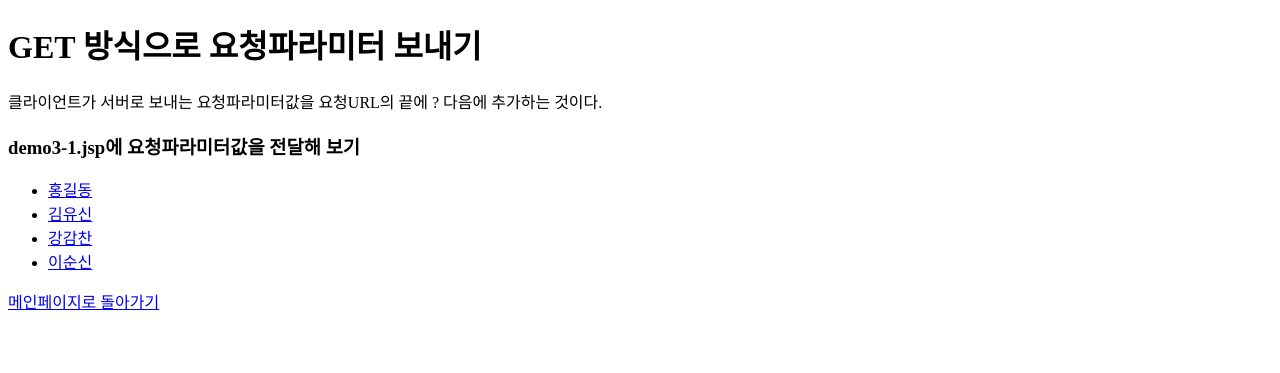
Repository: onuo77/ja_HTA
Page: http://localhost/sample/req/demo3.jsp
The author's editor kept a copy of each file at every save. The page is drawn from the files as they stood at one save, then again after the next save.
The browser window is 1280 px wide. The pictures show the whole page.
The page is served by Tomcat 9.

Above is the page before, as saved 2021-05-20 02:49:33.

After the next save:
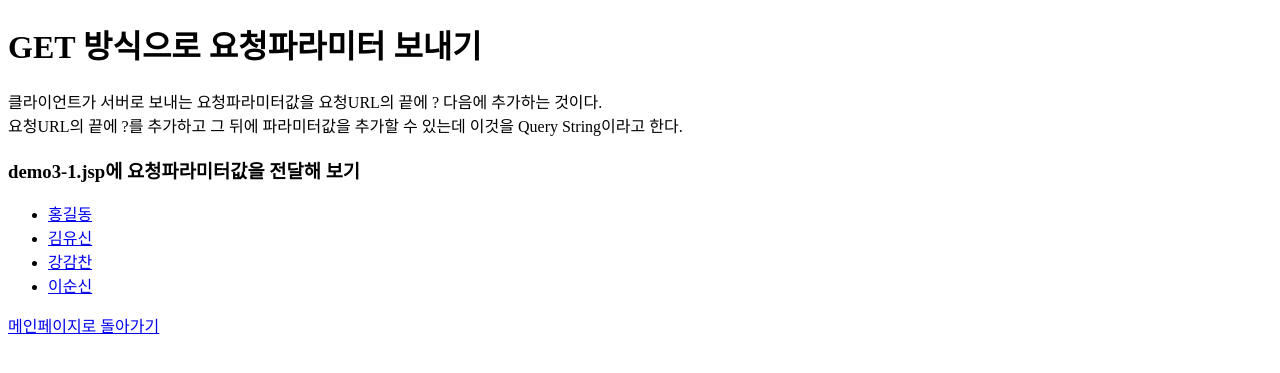
Saved 19 min 31 s later.
--- a/java-web/sample/src/main/webapp/req/demo3.jsp
+++ b/java-web/sample/src/main/webapp/req/demo3.jsp
@@ -9,7 +9,8 @@
 <body>
 	<h1>GET 방식으로 요청파라미터 보내기</h1>
 	<p>
-		클라이언트가 서버로 보내는 요청파라미터값을 요청URL의 끝에 ? 다음에 추가하는 것이다.
+		클라이언트가 서버로 보내는 요청파라미터값을 요청URL의 끝에 ? 다음에 추가하는 것이다.<br/>
+		요청URL의 끝에 ?를 추가하고 그 뒤에 파라미터값을 추가할 수 있는데 이것을 Query String이라고 한다.
 	</p>
 
 	<h3>demo3-1.jsp에 요청파라미터값을 전달해 보기</h3>
